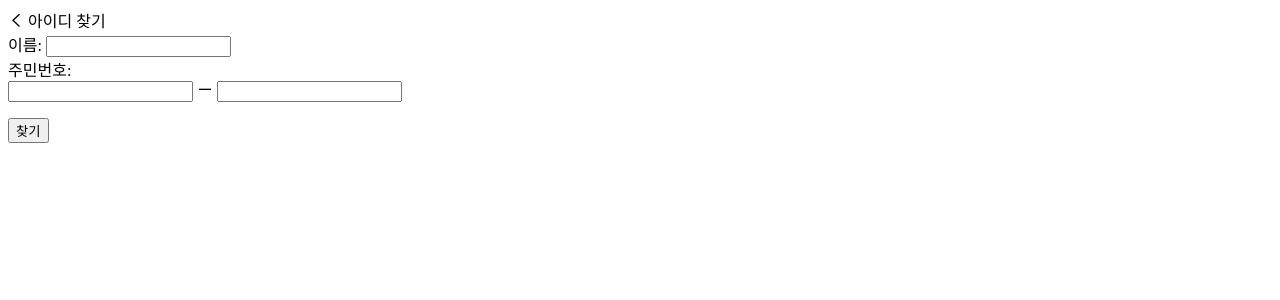
Repository: PEPI-dev/UI
Page: find_id_pw/findId.html
These files come from the project's save history. The page is drawn as it stood at one moment and after the next save; the edit follows.
The browser window is 1280 px wide. The pictures show the whole page.

Above is the page before, as saved 2023-12-05 16:26:11.

### find_id_pw/findId.html
<!DOCTYPE html>
<html lang="en">

<head>
    <meta charset="UTF-8">
    <meta name="viewport" content="width=device-width, initial-scale=1.0">
    <title>아이디 찾기</title>
    <link rel="stylesheet" href="./findId.css">
    <link rel="stylesheet" type="text/css" href="../a_XEIcon-2.2.0/xeicon.min.css">
</head>

<body>

    <header>
        <i class="xi-angle-left" id="back"></i>
        <span class="title">아이디 찾기</span>
    </header>

    <div id="container">
        <form action="#">
            <div class="input_form">
                <label for="name">이름:</label>
                <input class="field" type="text" id="name">
            </div>

            <label id="rrn_label" for="rrn">주민번호:</label>
            <div class="rrn-container">
                <input class="field" id="rrn1" type="text">
                <i class="xi-minus"></i>
                <input class="field" id="rrn2" type="password">
            </div>

            <p><button class="search">찾기</button></p>
        </form>
    </div>

    <script>
        // 이전 페이지로 돌아가기
        function backPage() {
            window.history.back()
        }
    </script>
</body>

</html>

Loaded but not shown: a_XEIcon-2.2.0/xeicon.min.css (library); find_id_pw/findid.css (no stored copy; drawn as an empty file)

After the next save:
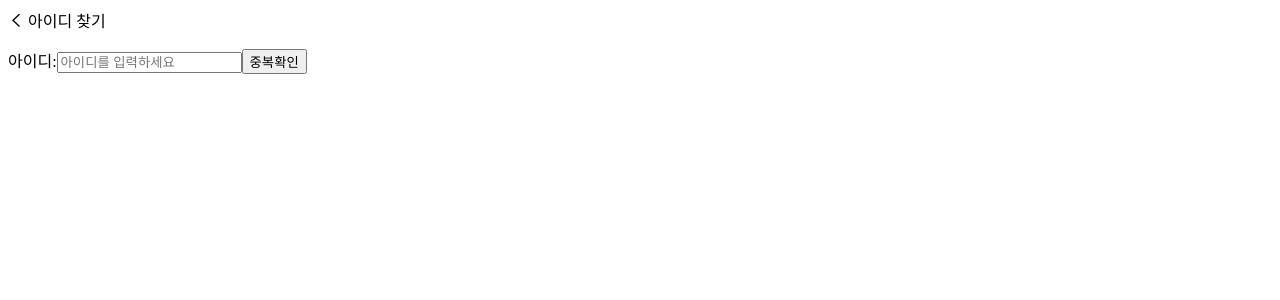
Saved 46 s later.
--- a/find_id_pw/findId.html
+++ b/find_id_pw/findId.html
@@ -16,23 +16,17 @@
         <span class="title">아이디 찾기</span>
     </header>
 
-    <div id="container">
-        <form action="#">
-            <div class="input_form">
-                <label for="name">이름:</label>
-                <input class="field" type="text" id="name">
-            </div>
+    <form class="form_class" action="#">
+        <input type="hidden" id="isUserid" value="n">    <!--아이디 중복 확인-->
+        <input type="hidden" id="check" value="n">        <!--본인인증 확인-->
 
-            <label id="rrn_label" for="rrn">주민번호:</label>
-            <div class="rrn-container">
-                <input class="field" id="rrn1" type="text">
-                <i class="xi-minus"></i>
-                <input class="field" id="rrn2" type="password">
-            </div>
-
-            <p><button class="search">찾기</button></p>
-        </form>
-    </div>
+        <div class="container">
+            <!-- placeholder, maxlength 추가, id 수정 -->
+            <p class="display">
+                <!-- onclick 추가 -->
+                <label for="userid" class="txt_input">아이디:</label><input class="search" id="userid" placeholder="아이디를 입력하세요" maxlength="15"><button class="btn_inside"
+                   onclick="useridCheck()" id="id_check">중복확인</button>
+            </p>
 
     <script>
         // 이전 페이지로 돌아가기
